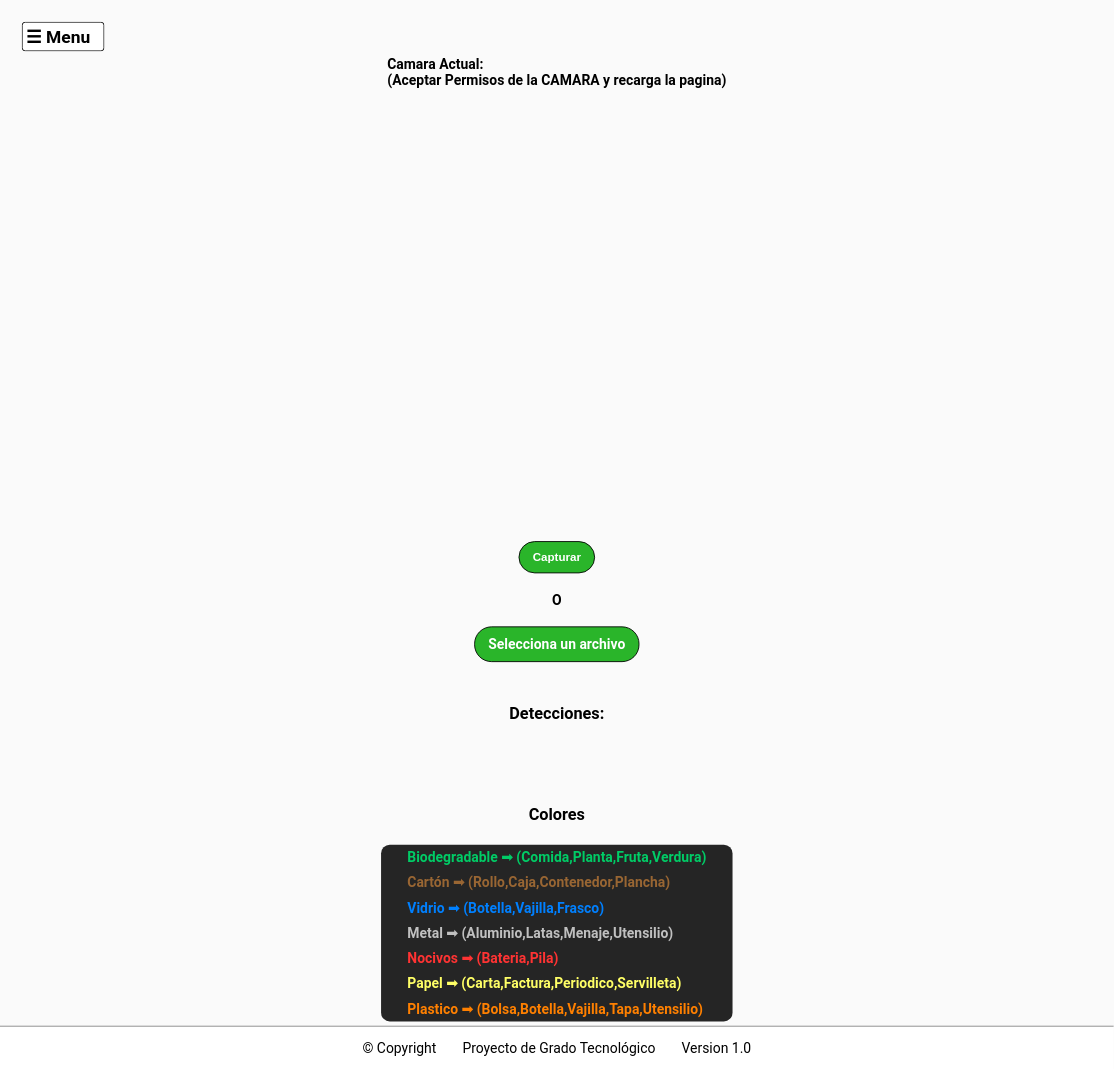
Repository: castecabas/Recicladora
Page: http://localhost/model
These files come from the project's save history. The page is drawn as it stood at one moment and after the next save; the edit follows.
The browser window is 1280 px wide. The pictures show the whole page, at 87% of full size.
Pictures or frames that could not be fetched are drawn as grey boxes. The page is served by the project's application, run on Flask 3 (src/index.py). Other server files are loaded and not shown.

Above is the page before, as saved 2024-12-22 21:08:53.

### src/templates/model.html
<!DOCTYPE html>
<html lang="en">

<head>
    <meta charset="UTF-8">
    <meta name="viewport" content="width=device-width, initial-scale=1.0">
    <title>Clasificador</title>
    <link rel="stylesheet" href="{{ url_for('static', filename='css/model.css') }}">
    <link rel="shortcut icon" href="https://i.postimg.cc/gk7MpWkm/logo.webp" />
</head>

<body>
    <span class="btn_openmenu" onclick="openNav()">&#9776; Menu</span><br><br>
    <nav class="aside" id="aside">
        <div class="overlay"></div>
        <img class="aside_logo" src="https://i.postimg.cc/gk7MpWkm/logo.webp">
        <h1 style="text-decoration: underline;">Opciones</h1>

        <label for="confidenceThreshold">
            <span class="tooltip-container">
                <img class="logo_x"
                    src="https://images.vexels.com/media/users/3/152347/isolated/preview/27304b9b14ce9bd8a28ca637ed92070e-icono-de-signo-de-interrogacion-de-circulo-azul.png"
                    alt="Ayuda">
                <span class="tooltip-text">Es la probabilidad que determina en las predicciones,si es alto es más
                    confiable, aunque puede omitir objetos al no cumplir dicho porcentaje. Si es bajo, será menos
                    confiable, pero detectará aún más.</span>
            </span>
            Umbral de Confianza:
        </label>
        <input type="range" id="confidenceThreshold" min="0.1" max="0.8" step="0.01" value="0.5">
        <span id="confidenceValue" style="color: white;">0.5</span>

        <label for="SwitchCamera">Camara</label>
        <button id="switchCameraBtn">Cambiar de dispositivo</button>
        </a>
        <label class="nav-link-aside" for="darkModeToggle"><input type="checkbox" class="btn_darkmode"
                id="darkModeToggle" hidden>
            Modo Oscuro</label>
        <br>
        <a href="javascript:void(0)" class="closebtn" onclick="closeNav()">Cerrar Menú</a>
        <a href="{{ url_for('index') }}" class="nav-link">Ir a Inicio</a>
    </nav>

    <div class="container">
        <main>
            <div>
                <div>
                    <p>Camara Actual: <span id="currentCamera"></span><br>
                        (Aceptar Permisos de la CAMARA y recarga la pagina)</p>
                    <video id="video" width="640" height="480" autoplay></video><br>
                    <button id="captureBtn">Capturar</button>
                    <p>O</p>
                    <input type="file" id="fileInput" hidden accept="image/*,video/*">
                    <label for="fileInput" id="fileinputlabel">Selecciona un archivo</label>
                </div>
                <br>
                <img id="resultImage">
            </div>
            <canvas id="canvas" width="640" height="480" style="display:none;"></canvas>
            <div>
                <h3>Detecciones:</h3>
                <ul id="detectionsList"></ul>
            </div>
            <div class="colors">
                <h3>Colores</h3>
                <ul>
                    <li class="bio">Biodegradable &#10143; (Comida,Planta,Fruta,Verdura)</li>
                    <li class="cardb">Cartón &#10143; (Rollo,Caja,Contenedor,Plancha)</li>
                    <li class="glass">Vidrio &#10143; (Botella,Vajilla,Frasco)</li>
                    <li class="metal">Metal &#10143; (Aluminio,Latas,Menaje,Utensilio)</li>
                    <li class="noxios">Nocivos &#10143; (Bateria,Pila)</li>
                    <li class="paper">Papel &#10143; (Carta,Factura,Periodico,Servilleta)</li>
                    <li class="plastic">Plastico &#10143; (Bolsa,Botella,Vajilla,Tapa,Utensilio)</li>
                </ul>
            </div>
        </main>
        {% include 'components/footer.html' %}
    </div>
    <script src="{{ url_for('static', filename='js/model.js') }}"></script>
    <script src="{{ url_for('static', filename='js/dark_mode.js') }}"></script>
</body>

</html>

### src/templates/components/footer.html
<footer class="footer">
    <style>
        .footer {
            width: 100%;
            background-color: white;
            text-align: center;
            padding: 15px;
            box-sizing: border-box;
            position: relative;
            bottom: 0;
            font-family: 'Roboto', sans-serif;
            border-top: 1px solid gray;
            margin-top: auto;
        }

        .footer ul {
            list-style: none;
            padding: 0;
            margin: 0;
            display: flex;
            flex-direction: column;
            align-items: center;
        }

        .footer ul li {
            text-decoration: none;
            margin: 5px 0;
        }

        @media (min-width: 600px) {
            .footer ul {
                flex-direction: row;
                justify-content: center;
            }

            .footer ul li {
                margin: 0 15px;
            }
        }

        /* MODO OSCURO */
        body.dark-mode footer{
            background: rgb(29, 0, 28);
            background: linear-gradient(90deg, rgba(29, 0, 28, 1) 0%, rgba(11, 0, 34, 1) 8%, rgba(0, 0, 22, 1) 100%);
            border-top: 1px solid #686868;
            transition: all 0.3s ease-in;
        }

        body.dark-mode footer li{
            color: white;
        }
    </style>

    <ul>
        <li>© Copyright</li>
        <li>Proyecto de Grado Tecnológico</li>
        <li>Version 1.0</li>
    </ul>

</footer>

### src/index.py
from flask import Flask, render_template, Response, request, jsonify
from yolo_model import YOLOModel
from camera import Camera
import cv2
import numpy as np
import base64

app = Flask(__name__)

yolo_model = YOLOModel('src/model/best.pt')
camera = Camera()

# RUTAS
@app.route('/')
@app.route('/home')
@app.route('/index')
def index():
    return render_template('index.html')

@app.route('/about')
def about():
    return render_template('about.html')

@app.route('/learn')
def learn():
    return render_template('learn.html')

@app.route('/model')
def model():
    return render_template('model.html')

@app.route('/news')
def news():
    return render_template('news.html')

@app.route('/recycle')
def recycle():
    return render_template('recycle.html')

# FUNCIONES

    #NOTE: obtener las camaras
@app.route('/get_cameras')
def get_cameras():
    return jsonify(camera.get_camera_list())

    #NOTE: cambiar camara
@app.route('/switch_camera/<int:camera_id>')
def switch_camera(camera_id):
    camera.select_camera(camera_id)
    return "OK"

    #NOTE: detectar dicha imagen
@app.route('/detect', methods=['POST'])
def detect():
    try:
        if 'file' not in request.files:
            return jsonify({'error': 'No file part'}), 400

        file = request.files['file']
        confidence = float(request.form.get('confidence', 0.25))

        # Lee la imagen del archivo
        npimg = np.fromfile(file, np.uint8)
        img = cv2.imdecode(npimg, cv2.IMREAD_COLOR)

        # Detecta objetos usando el modelo YOLO
        results = yolo_model.detect(img, conf_threshold=confidence)
        if results is None:
            return jsonify({'error': 'No detections returned from model'}), 500

        # Dibuja los cuadros de detección en la imagen
        processed_img = yolo_model.draw_boxes(img, results)

        # Codifica la imagen procesada en base64 para enviar al cliente
        _, buffer = cv2.imencode('.jpg', processed_img)
        img_base64 = base64.b64encode(buffer).decode('utf-8')

        return jsonify({
            'image': f'data:[embedded picture, 35 characters]',
            'detections': results
        })
    except Exception as e:
        print(f"Error during detection: {e}")
        return jsonify({'error': str(e)}), 500

# EJECUCION
if __name__ == '__main__':
    app.run(debug=True)

### src/static/css/model.css
html,
body {

    margin: 0;
    padding: 0;
    font-family: 'Roboto', sans-serif;
    background-color: #fafafa;
    display: flex;
    flex-direction: column;
    min-height: 100vh;
    transition: all 0.5s ease;
}

main {
    max-height: auto;
}

.btn_openmenu {
    font-size: 20px;
    cursor: pointer;
    position: fixed;
    background-color: white;
    border-radius: 4px;
    border: 1px solid black;
    margin: 25px;
    padding: 4px;
    padding-right: 15px;
    z-index: 100;
    font-weight: 600;
}

.btn_openmenu:hover {
    background-color: rgb(209, 209, 209);
}

.container {
    display: flex;
    flex-direction: column;
    min-height: 100vh;
    width: 100%;
    /* Asegura que ocupe todo el ancho */
    align-items: center;
    margin: 0;
    box-sizing: border-box;
}

main div {
    display: flex;
    flex-direction: column;
    align-items: center;
    justify-content: center;
    flex-grow: 1;
    width: 100%;
    max-width: 800px;
    box-sizing: border-box;
}

main div * {
    padding: 5px;
}

main div p {
    font-weight: bold;
}

main div #video {
    border-radius: 20px;
    max-width: 640px;
    width: 100%;
    max-height: 700px;
    aspect-ratio: 4/3;
    padding: 0;
}

main div #resultImage {
    border-radius: 20px;
    max-width: 640px;
    width: 100%;
    max-height: 740px;
    padding: 0;
    border: 0px;
    box-shadow: 10px 10px 15px rgba(0, 0, 0, 0.5);
}

@media(max-width:638px) {
    main div #resultImage {
        border-radius: 0;
        box-shadow: none;
    }
}

main div #captureBtn,
main div #fileinputlabel {
    border-radius: 20px;
    background-color: #2AB52A;
    color: white;
    font-weight: bold;
    padding: 10px 15px 10px 15px;
    border: 1px solid black;
}

main div #captureBtn:hover,
main div #fileInput:hover {
    background-color: #219121;
}

main div ul#detectionsList {
    overflow-y: auto;
    max-height: 200px;
    width: 90vw;
    max-width: 634px;

}

main div ul#detectionsList li {
    font-size: large;
}


.aside {
    background: url(https://i.postimg.cc/8kbKKzK0/model-aside.webp);
    background-repeat: no-repeat;
    background-size: cover;
    height: 100%;
    width: 0;
    position: fixed;
    z-index: 100;
    top: 0;
    left: 0;
    background-color: #111;
    overflow-x: hidden;
    transition: 0.5s;
    justify-content: center;
    color: white;
    display: flex;
    flex-direction: column;
    text-align: center;
    align-items: center;
}

.aside * {
    margin: 5px 20px 5px 20px;
    font-weight: bold;
    z-index: 102;
    padding: 8px;
    color: #31ca31;
}

.aside .overlay {
    position: absolute;
    margin: 0;
    top: 0;
    left: 0;
    right: 0;
    bottom: 0;
    background-color: rgba(0, 0, 0, 0.55);
    z-index: 101;
}

.aside img.aside_logo {
    aspect-ratio: 1/1;
    max-width: 100px;
}

@media(max-height:850px) {
    .aside img.aside_logo {
        display: none;
    }
}


.aside h1 {
    color: #2AB52A;

}

.aside .closebtn {
    text-decoration: none;
    color: white;
    border-radius: 4px;
    background-color: #206BCE;
    padding: 10px 15px 10px 15px;
    border: 1px solid black;
    width: 134px;
}

.aside .closebtn:hover {
    background-color: #1a58a8;
}

.aside .logo_x {
    position: relative;
    padding-left: 0px;
    margin: 0px;
    aspect-ratio: 1/1;
    height: 20px;
    cursor: pointer;
}


/* Estilos del contenedor del tooltip */
.tooltip-container {
    position: relative;
    display: inline-block;
    padding: 0;
    margin: 0;
}

/* Ocultar el tooltip por defecto */
.tooltip-text {
    opacity: 0;
    /* Oculto por defecto */
    width: 135px;
    background-color: #2ea664;
    color: #f5f6fc;
    text-align: center;
    font-size: small;
    padding: 5px;
    border-radius: 5px;
    position: absolute;
    top: -120px;
    /* Ajusta la posición para que esté sobre la imagen */
    left: 50%;
    transform: translateX(-25%);
    transition: opacity 0.3s ease-in-out;

    /* Transición suave */
    z-index: 9000;
}

/* Flecha del tooltip */
.tooltip-text::after {
    content: "";
    position: absolute;
    bottom: -5px;
    /* Flecha debajo del tooltip */
    left: 50%;
    transform: translateX(-50%);
    border-width: 5px;
    border-style: solid;
    border-color: #333 transparent transparent transparent;
}

/* Mostrar el tooltip al pasar el ratón sobre la imagen */
.tooltip-container:active .tooltip-text,
.tooltip-container:hover .tooltip-text {
    opacity: 1;
    animation: hideTooltip 18s forwards;
    /* Inicia la animación para ocultarlo después de 3 segundos */
}

/* Animación para ocultar el tooltip */
@keyframes hideTooltip {
    0% {
        opacity: 1;
    }

    90% {
        opacity: 1;
    }

    100% {
        opacity: 0;
    }
}


.aside #confidenceThreshold {
    accent-color: #2AB52A;
    background-color: white;
}


.aside .colors li {
    list-style: none;
}


.aside #switchCameraBtn {
    border-radius: 4px;
    background-color: #2AB52A;
    color: white;
    border: 1px solid black;
}

.aside #switchCameraBtn:hover {
    background-color: #219121;
}

.aside .nav-link,
.aside .nav-link-aside {
    text-decoration: none;
    color: white;
    background-color: #206BCE;
    border-radius: 4px;
    max-width: 75vw;
    padding: 10px 15px 10px 15px;
    border: 1px solid black;
    width: 134px;
    font-size: large;
}

.aside .nav-link:hover {
    background-color: #1a58a8;
}

.aside .nav-link-aside {
    background-color: #31ca31;
    font-size: small;
}

.aside .nav-link-aside:hover {
    background-color: #2AB52A;
    cursor: pointer;
}

label#fileinputlabel:hover {
    cursor: pointer;
    background-color: #2AB52A;
}

div.colors {


    padding: 5px;

    label {
        font-weight: bold;
    }

    ul {
        margin: 0;
        padding: 0 25px 0 25px;
        border-radius: 10px;
        background: rgba(0, 0, 0, 0.85);
        max-width: max-content;
        position: relative;
        justify-content: center;

        li {
            list-style-type: none;
            font-weight: 600;
            line-break: anywhere;

        }
    }


    .bio {
        color: #00cc66;
    }

    .cardb {
        color: #996633;
    }

    .glass {
        color: #0080ff;
    }

    .metal {
        color: #c0c0c0;
    }

    .noxios {
        color: #ff3333;
    }

    .paper {
        color: #ffff66;
    }

    .plastic {
        color: #ff8000;
    }
}


/* MODO OSCURO */

body.dark-mode {
    background-color: #000014;
}

body.dark-mode #video {
    border: 1px outset white;
}

body.dark-mode .container p,
body.dark-mode .container h3 {
    color: white;
}

body.dark-mode .container p,
body.dark-mode .container ul#detectionsList li {
    color: white;
}

### src/static/js/model.js
let currentCameraIndex = 0;
let cameras = [];
const clsname = [
    "Comida", "Planta", "Fruta o Verdura", "Base de Carton", "Caja de Carton",
    "Contenedor de Carton", "Forma de Carton", "Botella de Vidrio", "Vajilla de Vidrio",
    "Fragmentos de Vidrio", "Frasco de Vidrio", "Jarra de Vidrio", "Aluminio",
    "Contenedor Metalico", "Latas de Alimento", "Menaje Metalico", "Metal Menor",
    "Utensilio Metalico", "Bateria o Pila", "Carta de Papel", "Recibo o Factura",
    "Periodico o Revista", "Forma de Papel", "Papel de Higiene", "Bolsa de Plastico",
    "Botella de Plastico", "Contenedor de Plastico", "Envase de Plastico",
    "Vajilla de Plastico", "Tapa de Plastico", "Utensilio de Plastico"
  ];
let confidenceThreshold = 0.5;

const parrafo = document.getElementById("confidenceValue");

const valorDecimal = parseFloat(parrafo.textContent);
const valorPorcentaje = valorDecimal * 100;
parrafo.textContent = valorPorcentaje + "%";

document.addEventListener('DOMContentLoaded', function () {
    fetchCameras();

    document.getElementById('switchCameraBtn').addEventListener('click', switchCamera);
    document.getElementById('captureBtn').addEventListener('click', captureAndDetect);
    document.getElementById('fileInput').addEventListener('change', handleFileSelect);

    const confidenceSlider = document.getElementById('confidenceThreshold');
    const confidenceValue = document.getElementById('confidenceValue');

    confidenceSlider.addEventListener('input', function () {
        confidenceThreshold = parseFloat(this.value);
        confidenceValue.textContent = confidenceThreshold.toFixed(2);
        const valorDecimal = parseFloat(parrafo.textContent);
        const valorPorcentaje = valorDecimal * 100;
        parrafo.textContent = valorPorcentaje.toFixed(0) + "%";
    });
});

function fetchCameras() {
    navigator.mediaDevices.enumerateDevices()
        .then(devices => {
            cameras = devices.filter(device => device.kind === 'videoinput');
            updateCurrentCamera();
        })
        .catch(error => {
            console.error('Error enumerating devices:', error);
        });
}

async function switchCamera() {
    currentCameraIndex = (currentCameraIndex + 1) % cameras.length;
    updateCurrentCamera();

    try {
        const stream = await navigator.mediaDevices.getUserMedia({
            video: { deviceId: { ideal: cameras[currentCameraIndex].deviceId } }
        });
        document.getElementById('video').srcObject = stream;
    } catch (error) {
        console.error('Error switching camera:', error);
    }
}

function updateCurrentCamera() {
    const cameraInfo = cameras[currentCameraIndex] ? cameras[currentCameraIndex].label : 'Unknown';
    document.getElementById('currentCamera').textContent = cameraInfo;
}

function captureAndDetect() {
    const video = document.getElementById('video');
    const canvas = document.getElementById('canvas');
    const context = canvas.getContext('2d');

    context.drawImage(video, 0, 0, canvas.width, canvas.height);
    canvas.toBlob(blob => {
        const formData = new FormData();
        formData.append('file', blob, 'capture.jpg');
        formData.append('confidence', confidenceThreshold);
        detectObjects(formData);
    }, 'image/jpeg');
}

function handleFileSelect(event) {
    const file = event.target.files[0];
    const formData = new FormData();
    formData.append('file', file);
    formData.append('confidence', confidenceThreshold);
    detectObjects(formData);
}

function detectObjects(formData) {
    fetch('/detect', {
        method: 'POST',
        body: formData
    })
        .then(response => response.json())
        .then(data => {
            document.getElementById('resultImage').src = data.image;
            updateDetectionsList(data.detections);
        })
        .catch(error => {
            console.error('Error detecting objects:', error);
        });
}

function updateDetectionsList(detections) {
    const list = document.getElementById('detectionsList');
    list.innerHTML = '';
    detections.forEach(detection => {
        const [x1, y1, x2, y2, conf, cls] = detection;
        const li = document.createElement('li');
        li.textContent = `Clase: ${clsname[cls] || 'Desconocido'}, Confianza: ${conf.toFixed(2) * 100} %`;
        list.appendChild(li);
    });
}

async function initializeCamera() {
    try {
        const stream = await navigator.mediaDevices.getUserMedia({ video: true });
        document.getElementById('video').srcObject = stream;
    } catch (error) {
        console.error('Error accessing camera:', error);
    }
}

function openNav() {
    document.getElementById("aside").style.width = "250px";
}

function closeNav() {
    document.getElementById("aside").style.width = "0";
}

initializeCamera();

### src/static/js/dark_mode.js
document.addEventListener("DOMContentLoaded", () => {
    const toggle = document.getElementById("darkModeToggle");
    const darkModeEnabled = localStorage.getItem("darkMode") === "enabled";

    if (darkModeEnabled) {
        document.body.classList.add("dark-mode");
        toggle.checked = true;
    }

    toggle.addEventListener("change", () => {
        if (toggle.checked) {
            document.body.classList.add("dark-mode");
            localStorage.setItem("darkMode", "enabled");
        } else {
            document.body.classList.remove("dark-mode");
            localStorage.setItem("darkMode", "disabled");
        }
    });
});

After the next save:
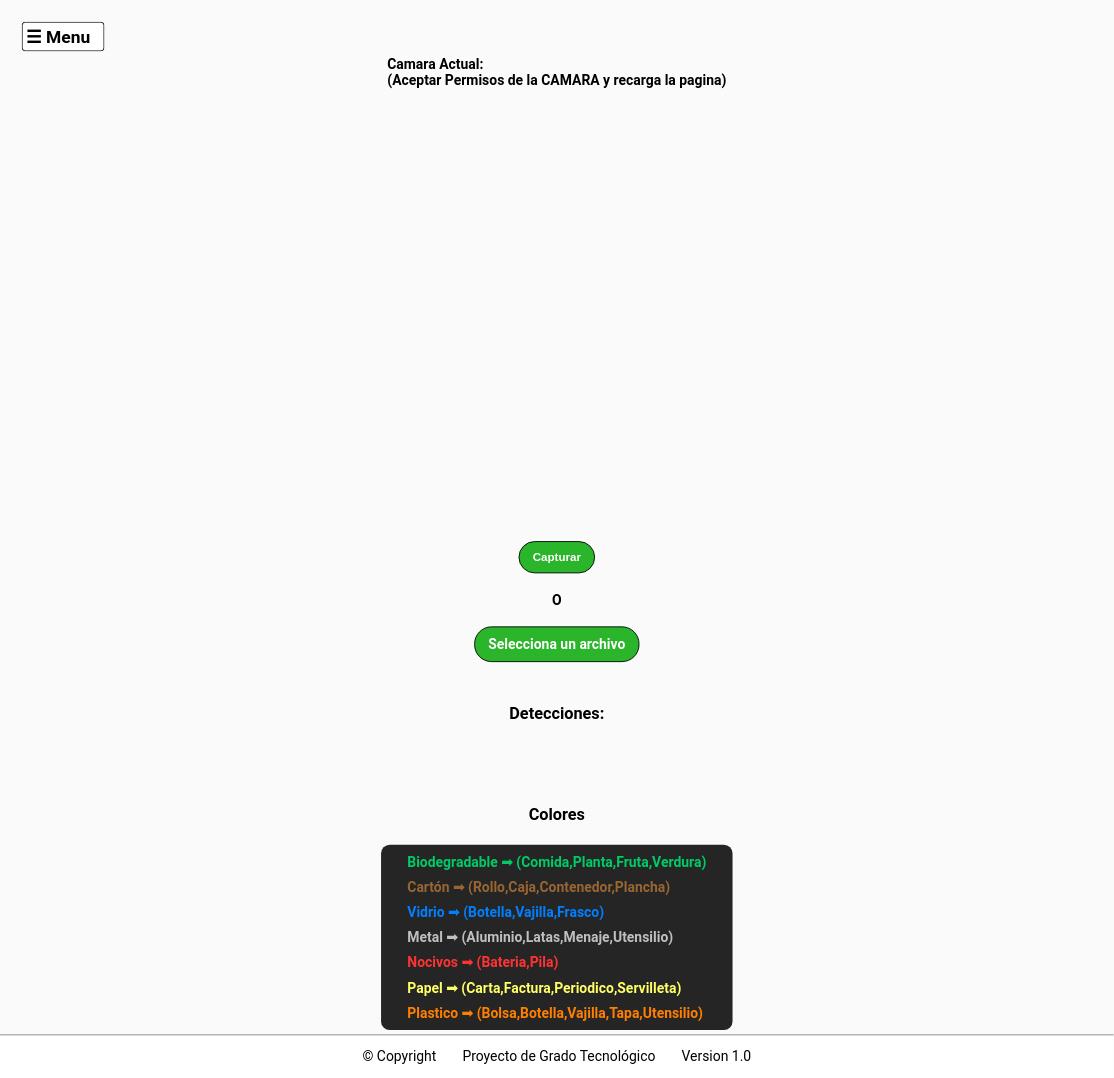
Saved 18 s later.
--- a/src/static/css/model.css
+++ b/src/static/css/model.css
@@ -330,7 +330,7 @@ div.colors {
 
     ul {
         margin: 0;
-        padding: 0 25px 0 25px;
+        padding: 5px 25px 5px 25px;
         border-radius: 10px;
         background: rgba(0, 0, 0, 0.85);
         max-width: max-content;
